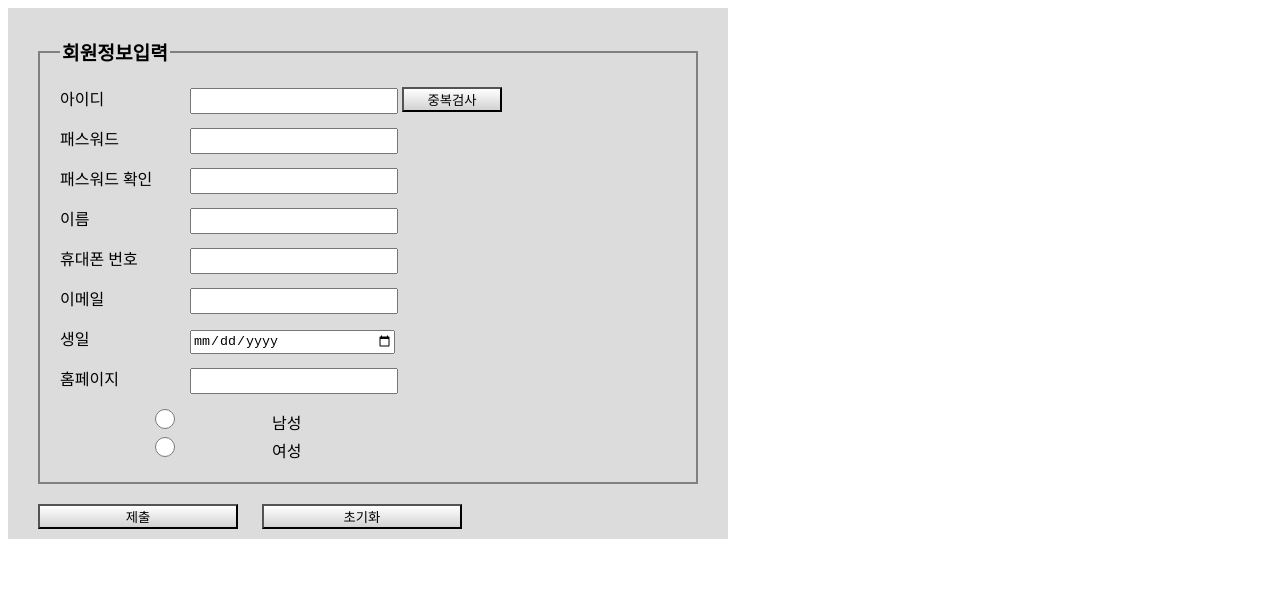
Repository: jeje0130/html
Page: webpro/WebContent/webshop/register.html
The author's editor kept a copy of each file at every save. The page is drawn from the files as they stood at one save, then again after the next save.
The browser window is 1280 px wide. The pictures show the whole page.

Above is the page before, as saved 2021-01-14 10:25:33.

### webpro/WebContent/webshop/register.html
<!DOCTYPE html>
<html>
<head>
<meta charset="UTF-8">
<title>Insert title here</title>
<style>
	form{
		border : none;
		padding : 10px;
		width : 700px;
		background: #dcdcdc;
	}
	fieldset{
		border : 2px solid gray;
		margin : 20px;
		padding : 20px;
	}
	label{
		display : inline-block;
		width: 130px;
		height : 40px;
	}
	legend{
		font-size : 1.2em;
		font-weight : bold;
	}
	input {
		width: 200px;
		height : 20px;
	}
	#in1{
		background-image: linear-gradient(white, #d2d2d2);
		width: 200px;
		height : 25px;
		margin-left: 20px;
	}
	#in2{
		width: 100px;
		height : 25px;
		background-image: linear-gradient(white, #d2d2d2);
	}
</style>
</head>
<body>
<form action="1.jsp" method="post" onsubmit="return false;">
	<fieldset>
        <legend>회원정보입력</legend>
		<label>아이디</label><input type="text" name="id">
		<input id="in2" type="submit" value="중복검사"><br>
   		<label>패스워드</label><input type="text" name="password"><br>
    	<label>패스워드 확인</label><input type="text" name="password2"><br>
    	<label>이름</label><input type="text" name="name"><br>
    	<label>휴대폰 번호</label><input type="text" name="tel" pattern="\d{3}-\d{4}-\d{4}"><br>
    	<label>이메일</label><input type="text" name="email"><br>
    	<label>생일</label><input type="date" name="bir" step="1"><br>
    	<label>홈페이지</label><input type="url"><br>
    	<input type="radio" name="gender" value="남자">	남성<br>
		<input type="radio" name="gender" value="여자">	여성<br>
    </fieldset>
	<input id="in1" type="submit" value="제출">
	<input id="in1" type="reset" value="초기화">

</form>
</body>
</html>

After the next save:
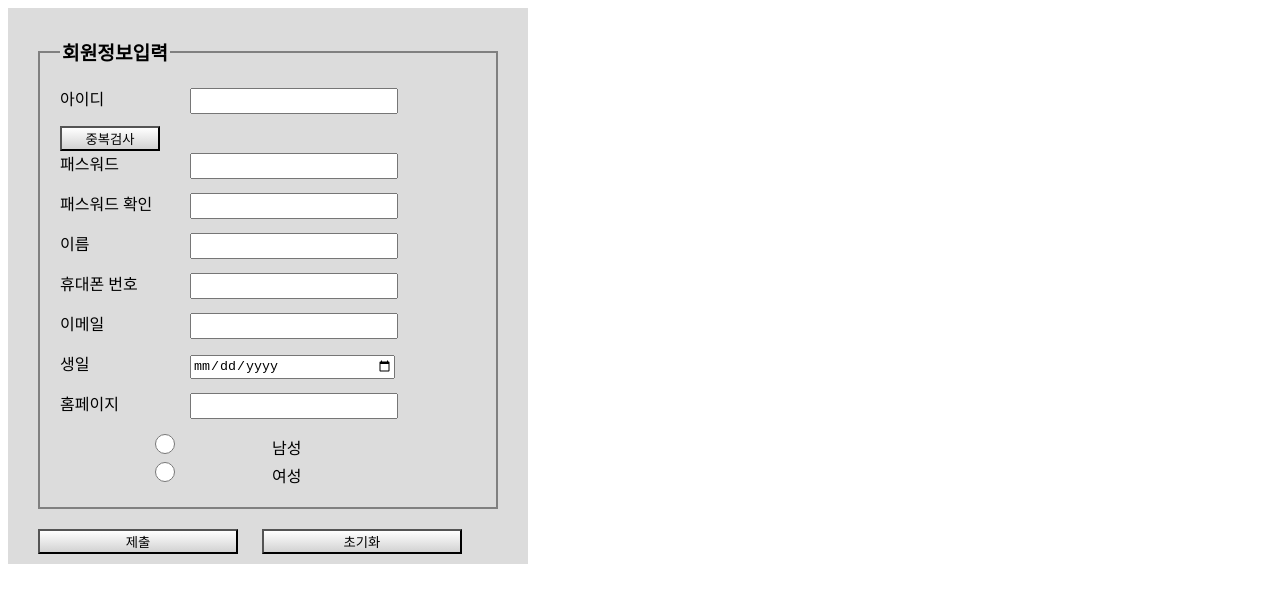
Saved 5 s later.
--- a/webpro/WebContent/webshop/register.html
+++ b/webpro/WebContent/webshop/register.html
@@ -7,7 +7,7 @@
 	form{
 		border : none;
 		padding : 10px;
-		width : 700px;
+		width : 500px;
 		background: #dcdcdc;
 	}
 	fieldset{
